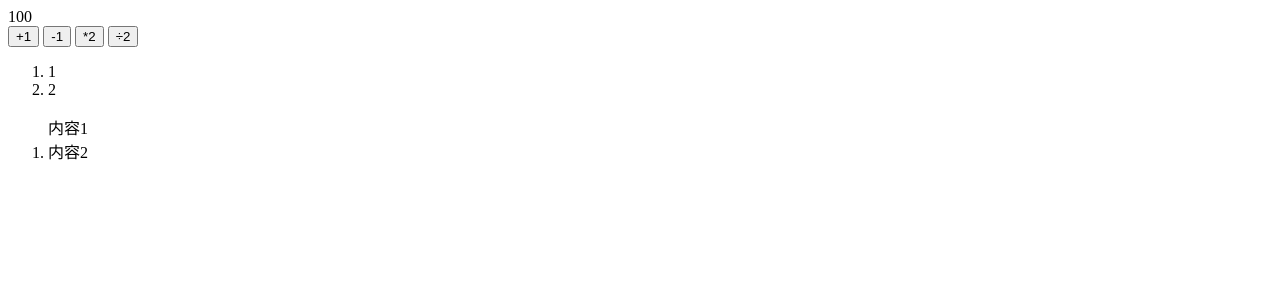
Repository: chenguocan/mvc_demo_1
Page: src/index.html
The author's editor kept a copy of each file at every save. The page is drawn from the files as they stood at one save, then again after the next save.
The browser window is 1280 px wide. The pictures show the whole page.

Above is the page before, as saved 2020-08-17 10:26:16.
Console error: SyntaxError: Cannot use import statement outside a module

### src/index.html
<!DOCTYPE html>
<html lang="en">

<head>
    <meta charset="UTF-8">
    <meta name="viewport"
        content="width=device-width,initial-scale=1,minimum-scale=1,maximum-scale=1,user-scalable=no,viewport-fit=cover">
    <title>Document</title>
</head>

<body>
    <div class="page">
        <section id="app1">
            <div class="output">
                <span id="number">100</span>
            </div>
            <div class="actions">
                <button id="add1">+1</button>
                <button id="minus1">-1</button>
                <button id="mul2">*2</button>
                <button id="divide2">÷2</button>
            </div>
        </section>
        <section id="app2">
            <ol class="tab-bar">
                <li>1</li>
                <li>2</li>
            </ol>
            <ol class="tab-content">
                <li style="display:block">内容1</li>
                <li>内容2</li>
            </ol>
        </section>
        <section id="app3"></section>
        <section id="app4"></section>
    </div>

    <script src="./main.js"></script>
</body>

</html>

### src/main.js
import "./reset.css"
import "./app1.css"
import "./app2.css"
import "./global.css"
import "./app1.js"
import "./app2.js"

After the next save:
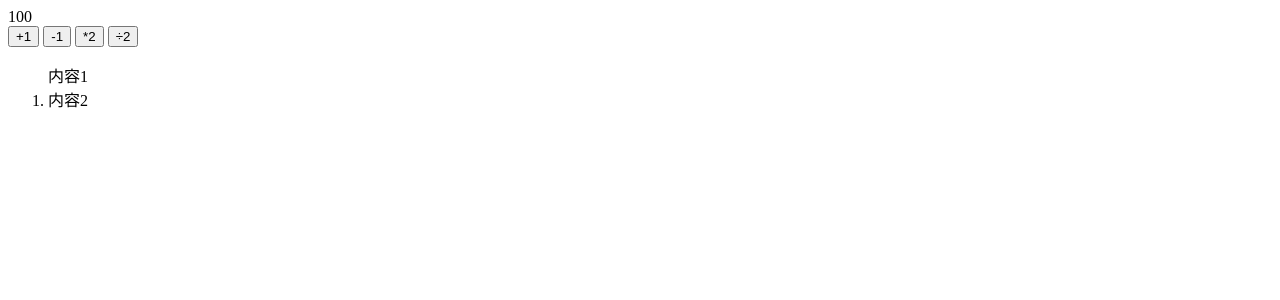
Saved 18 s later.
--- a/src/index.html
+++ b/src/index.html
@@ -22,7 +22,7 @@
             </div>
         </section>
         <section id="app2">
-            <ol class="tab-bar">
+            <ol class="tab-bar" style="display:none">
                 <li>1</li>
                 <li>2</li>
             </ol>

After the save that followed:
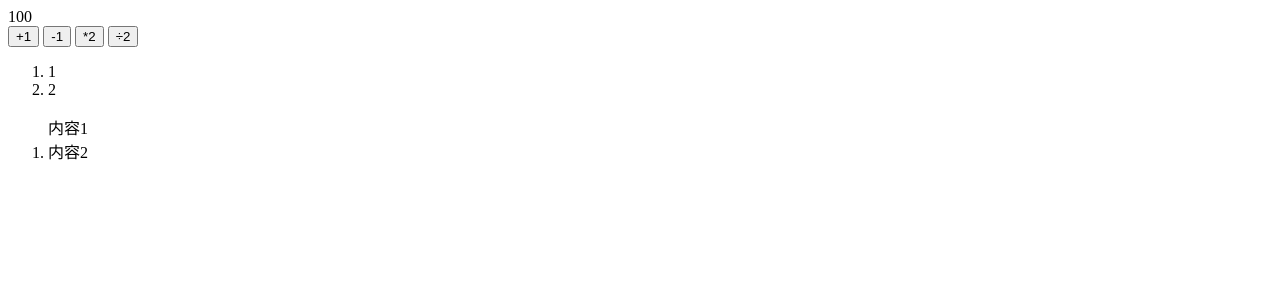
Saved 19 s later.
--- a/src/index.html
+++ b/src/index.html
@@ -22,7 +22,7 @@
             </div>
         </section>
         <section id="app2">
-            <ol class="tab-bar" style="display:none">
+            <ol class="tab-bar" style="display:block">
                 <li>1</li>
                 <li>2</li>
             </ol>
